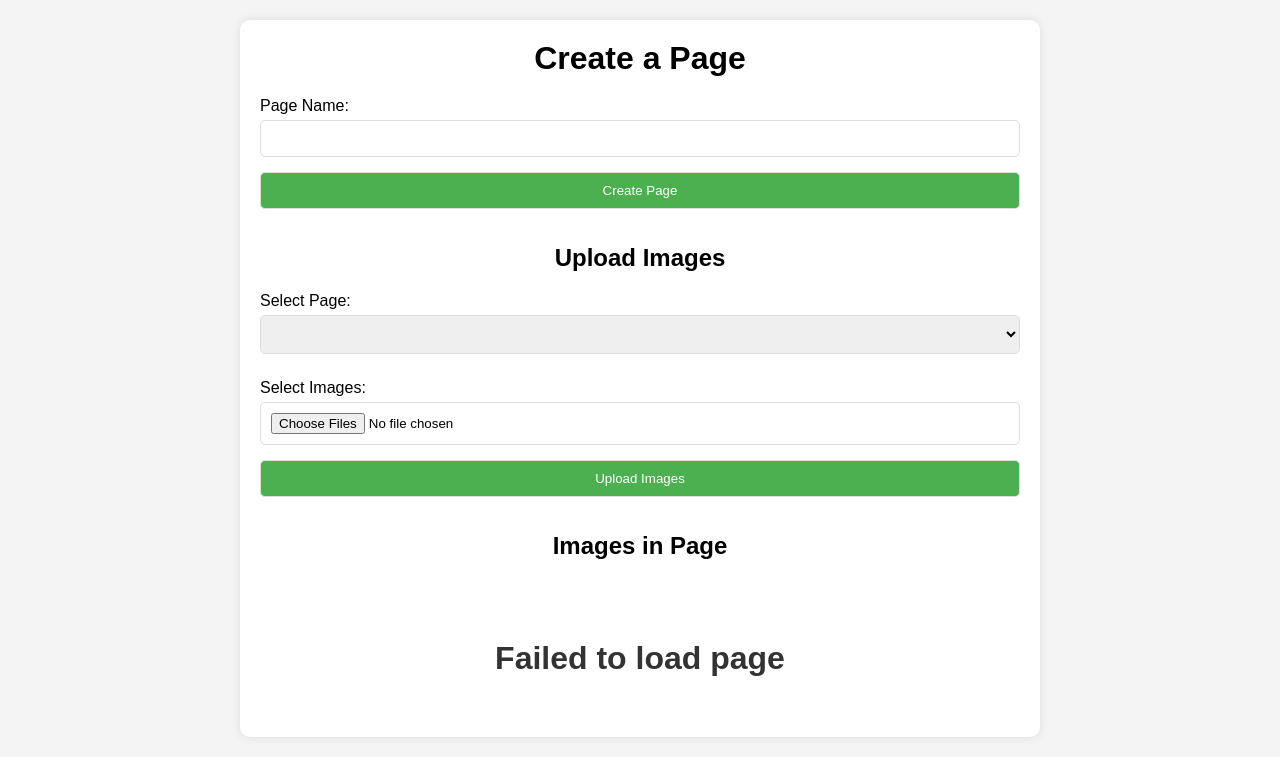
Repository: EphrahimLaanyu123/nffco-images
Page: html/index.html
These files come from the project's save history. The page is drawn as it stood at one moment and after the next save; the edit follows.
The browser window is 1280 px wide. The pictures show the whole page.
The page's requests for data from a server got no answer.

Above is the page before, as saved 2025-02-03 09:19:34.

After the next save:
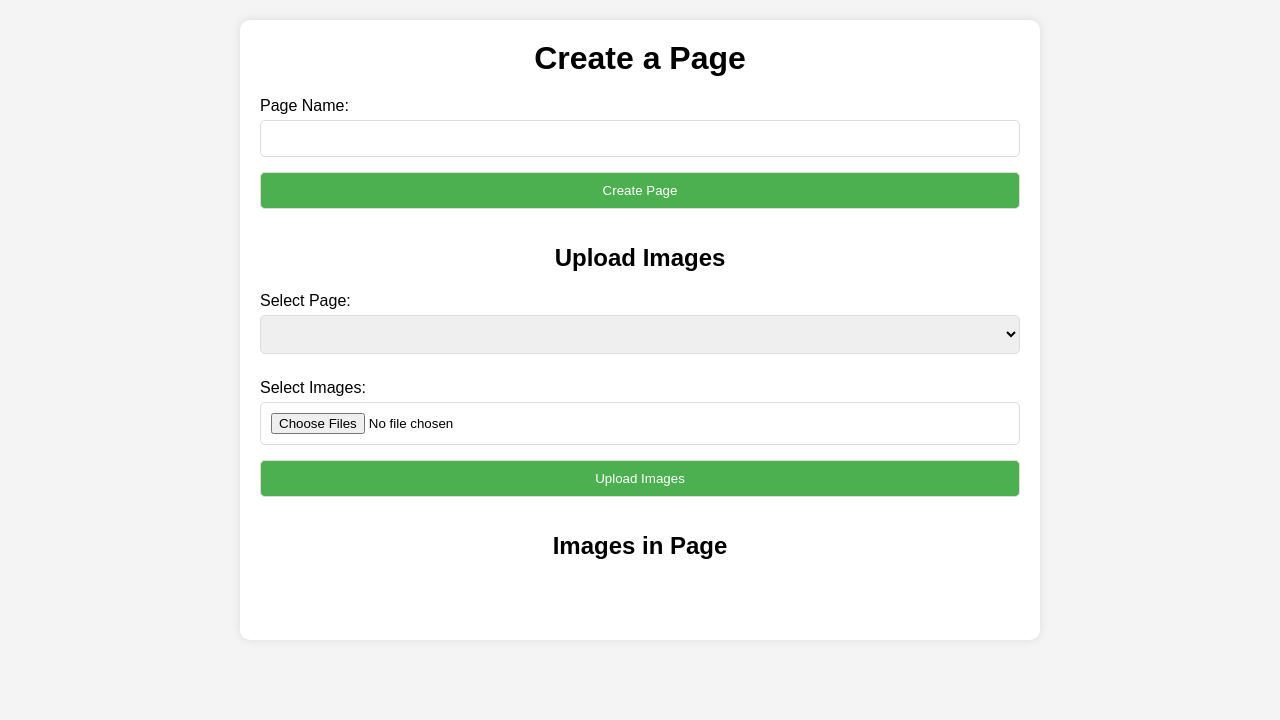
Console error: TypeError: Cannot set properties of null (setting 'textContent')
Saved 36 s later.
--- a/html/index.html
+++ b/html/index.html
@@ -28,12 +28,7 @@
 
         <h2>Images in Page</h2>
         <div id="imagesContainer"></div>
-        <div id="page-container">
-            <h1 id="page-name">Loading...</h1>
-            <div id="images-container">
-                <!-- Images will be displayed here -->
-            </div>
-        </div>
+
     </div>
 
     <script src="app.js"></script>
